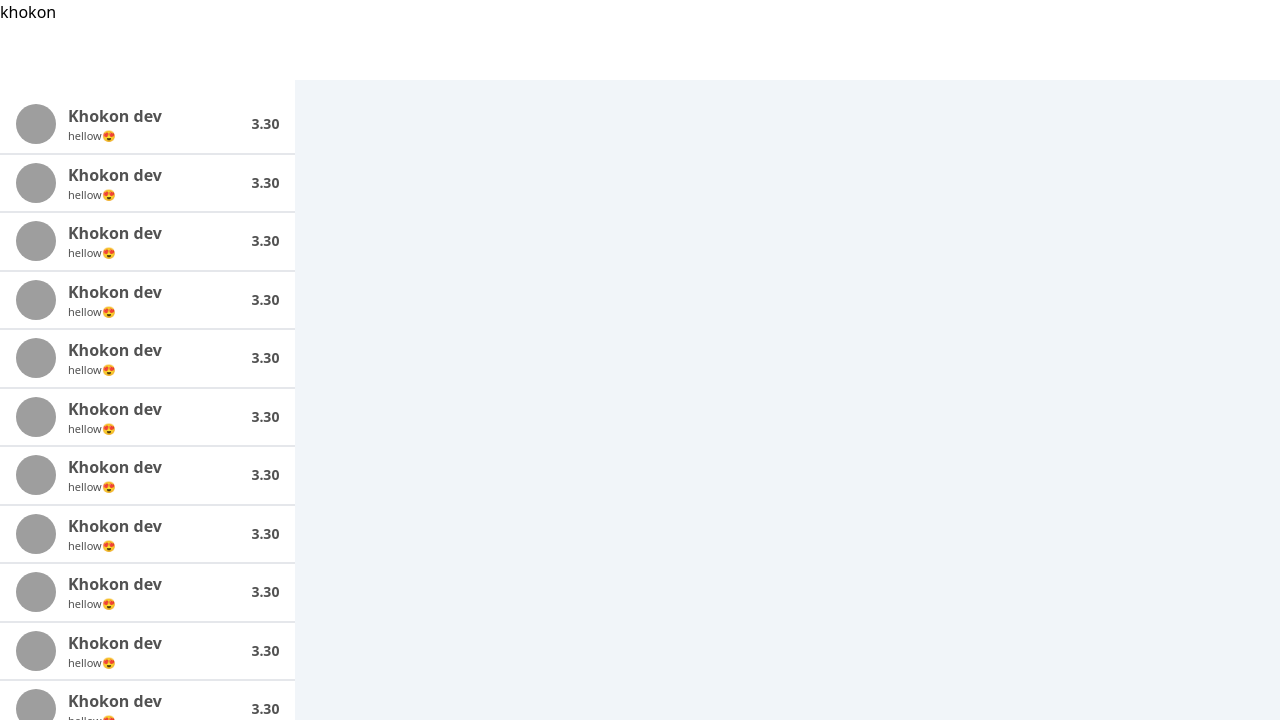
Repository: satya-ranjon/Instagram-clone-dev
Page: /inbox
An editor plug-in stored every save of this project. The page is shown before and after the next save, followed by the edit.
The browser window is 1280 px wide. The pictures show the whole page.
Pictures or frames that could not be fetched are drawn as grey boxes. The project was rebuilt for these pictures with package versions that can differ from the ones it lists, and the page was loaded fresh each time. Also part of the build but not shown: src/components/RightSideBar.jsx, src/components/Home/SinglePost.jsx, src/components/Home/PostList.jsx, src/components/Home/closeBtn.jsx, src/components/Home/newPostSectionOne.jsx, src/components/Home/NewPost.jsx, src/components/Home/Home.jsx, src/Assets/Logo.jsx and 8 more.

Above is the page before, as saved 2022-04-23 03:40:42.

### public/index.html
<!DOCTYPE html>
<html lang="en">
  <head>
    <meta charset="utf-8" />
    <link rel="icon" href="%PUBLIC_URL%/faveicon.png" />
    <meta name="viewport" content="width=device-width, initial-scale=1" />
    <meta name="theme-color" content="#000000" />
    <meta
      name="description"
      content="Web site created using create-react-app"
    />
    <link rel="apple-touch-icon" href="%PUBLIC_URL%/logo192.png" />
    <!--
      manifest.json provides metadata used when your web app is installed on a
      user's mobile device or desktop. See https://developers.google.com/web/fundamentals/web-app-manifest/
    -->
    <link rel="manifest" href="%PUBLIC_URL%/manifest.json" />
    <!--
      Notice the use of %PUBLIC_URL% in the tags above.
      It will be replaced with the URL of the `public` folder during the build.
      Only files inside the `public` folder can be referenced from the HTML.

      Unlike "/favicon.ico" or "favicon.ico", "%PUBLIC_URL%/favicon.ico" will
      work correctly both with client-side routing and a non-root public URL.
      Learn how to configure a non-root public URL by running `npm run build`.
    -->
    <title>React App</title>
  </head>
  <body>
    <noscript>You need to enable JavaScript to run this app.</noscript>
    <div id="root"></div>
    <!--
      This HTML file is a template.
      If you open it directly in the browser, you will see an empty page.

      You can add webfonts, meta tags, or analytics to this file.
      The build step will place the bundled scripts into the <body> tag.

      To begin the development, run `npm start` or `yarn start`.
      To create a production bundle, use `npm run build` or `yarn build`.
    -->
  </body>
</html>

### src/index.css
@import url("https://fonts.googleapis.com/css2?family=Kaushan+Script&display=swap");

@tailwind base;
@tailwind components;
@tailwind utilities;

@layer components {
  .grid___three {
    @apply grid grid-cols-1 sm:grid-cols-2 md:grid-cols-3 gap-2 lg:gap-4 transition-all duration-300 my-10 font-semibold mx-10  sm:mx-20 lg:mx-32 xl:mx-40;
  }
  .grid___two {
    @apply grid grid-cols-1 sm:grid-cols-2 gap-2 lg:gap-4  my-10 font-semibold mx-10 transition-all duration-300 sm:mx-20 lg:mx-32 xl:mx-40;
  }
  .grid___one {
    @apply grid grid-cols-1  gap-2 lg:gap-4  my-10 font-semibold mx-10 sm:mx-32 md:mx-44 transition-all duration-300 lg:mx-60 xl:mx-60;
  }
  .img__three {
    @apply bg-red-300 w-full h-[18rem] transition-all duration-300 sm:h-[14rem] xl:h-[18rem] 2xl:h-[28rem];
  }
  .img__two {
    @apply bg-red-300 w-full h-[18rem] transition-all duration-300 sm:h-[20rem] lg:h-[24rem] xl:h-[28rem] 2xl:h-[40rem];
  }
  .img__one {
    @apply bg-red-300 w-full h-[18rem] transition-all duration-300 sm:h-[20rem] lg:h-[32rem] xl:h-[40rem] 2xl:h-[52rem];
  }
}

body::-webkit-scrollbar {
  display: none;
}
.hide_scrollbar::-webkit-scrollbar {
  display: none;
  overflow: hidden;
}

#category {
  overflow: hidden;
}

.bground {
  background: radial-gradient(
    ellipse at 70% 70%,
    #ee583f 8%,
    #d92d77 42%,
    #bd3381 58%
  );
}

.new {
  position: absolute;
  top: 50%;
  right: 50%;
  transform: translate(-50%, -50%);
}

### src/App.js
import { Route, Routes } from "react-router-dom";
import HomeContainder from "./components/Home/HomeContainder";
import InboxContainer from "./components/Inbox/InboxContainer";

function App() {
  return (
    <Routes>
      <Route path="/" element={<HomeContainder />} />
      <Route path="/inbox" element={<InboxContainer />} />
    </Routes>
  );
}

export default App;

### src/components/Inbox/InboxContainer.jsx
import { Avatar, TextField } from "@mui/material";
import React from "react";
import MesseageBox from "./MesseageBox";
import SearchUsers from "./SearchUsers";
import UserList from "./UserList";

export default function InboxContainer() {
  return (
    <div>
      <div className=" flex justify-between">
        <div className=" h-screen w-96 lg:w-[50rem overflow-y-scroll scrollbar-thumb-neutral-400 scrollbar-thin">
          <div className=" fixed top-0 h-20 bg-white w-full z-10">khokon</div>
          <div className=" w-full pt-4 relative">
            <SearchUsers />
            <UserList />
            <UserList />
            <UserList />
            <UserList />
            <UserList />
            <UserList />
            <UserList />
            <UserList />
            <UserList />
            <UserList />
            <UserList />
            <UserList />
            <UserList />
            <UserList />
            <UserList />
            <UserList />
            <UserList />
            <UserList />
            <UserList />
            <UserList />
            <UserList />
            <UserList />
            <UserList />
            <UserList />
          </div>
        </div>

        <MesseageBox />
      </div>
    </div>
  );
}

### src/components/Inbox/MesseageBox.jsx
import React from "react";
import MesseageHader from "./MesseageHader";

export default function MesseageBox() {
  return (
    <div className=" h-screen w-full bg-slate-100">
      <MesseageHader />
    </div>
  );
}

### src/components/Inbox/SearchUsers.jsx
import { TextField } from "@mui/material";
import React from "react";

export default function SearchUsers() {
  return (
    <div className="p-4">
      <TextField
        className=" w-full "
        id="standard-basic"
        label="Search Users"
        variant="standard"
      />
    </div>
  );
}

### src/components/Inbox/UserList.jsx
import { Avatar } from "@mui/material";
import React from "react";

export default function UserList() {
  return (
    <div className="flex py-2 px-4 cursor-pointer transition-all duration-300 hover:bg-neutral-100 justify-between text-neutral-600 border-b-2">
      <div className=" my-auto flex space-x-3">
        <Avatar
          alt="Remy Sharp"
          src="https://img.freepik.com/free-photo/portrait-guy-with-colorful-neon-light-blue-studio-background-male-model-with-calm-serious-mood_155003-36962.jpg?t=st=1650662885~exp=1650663485~hmac=7fed3c0063e691a8f39a65e7b480038fb41dd291ed7ee95f9053a12587457cbc&w=900"
          className=" cursor-pointer"
        />
        <div className="">
          <p className=" font-semibold text-md ">Khokon dev</p>
          <p className=" text-[11px]">hellow😍</p>
        </div>
      </div>
      <p className="font-semibold text-sm my-auto">3.30</p>
    </div>
  );
}

### src/components/Inbox/MesseageHader.jsx
import React from "react";
import { Avatar } from "@mui/material";
import { BiInfoCircle } from "react-icons/bi";

export default function MesseageHader() {
  return (
    <div className=" flex justify-between p-4">
      <Avatar
        alt="Remy Sharp"
        src="/static/images/avatar/1.jpg"
        className=" cursor-pointer"
      />
      <BiInfoCircle className=" text-neutral-400 text-3xl cursor-pointer transition-all duration-300 hover:text-neutral-600" />
    </div>
  );
}

### tailwind.config.js
module.exports = {
  content: ["./src/**/*.{js,jsx,ts,tsx}"],
  theme: {
    extend: {
      screens: {
        "3sm": "380px",
        "2sm": "480px",
        "4sm": "640px",
        "2lg": "1160px",
      },
    },
  },
  plugins: [require("tailwind-scrollbar")],
};

Loaded but not shown: src/index.js (common file)

After the next save:
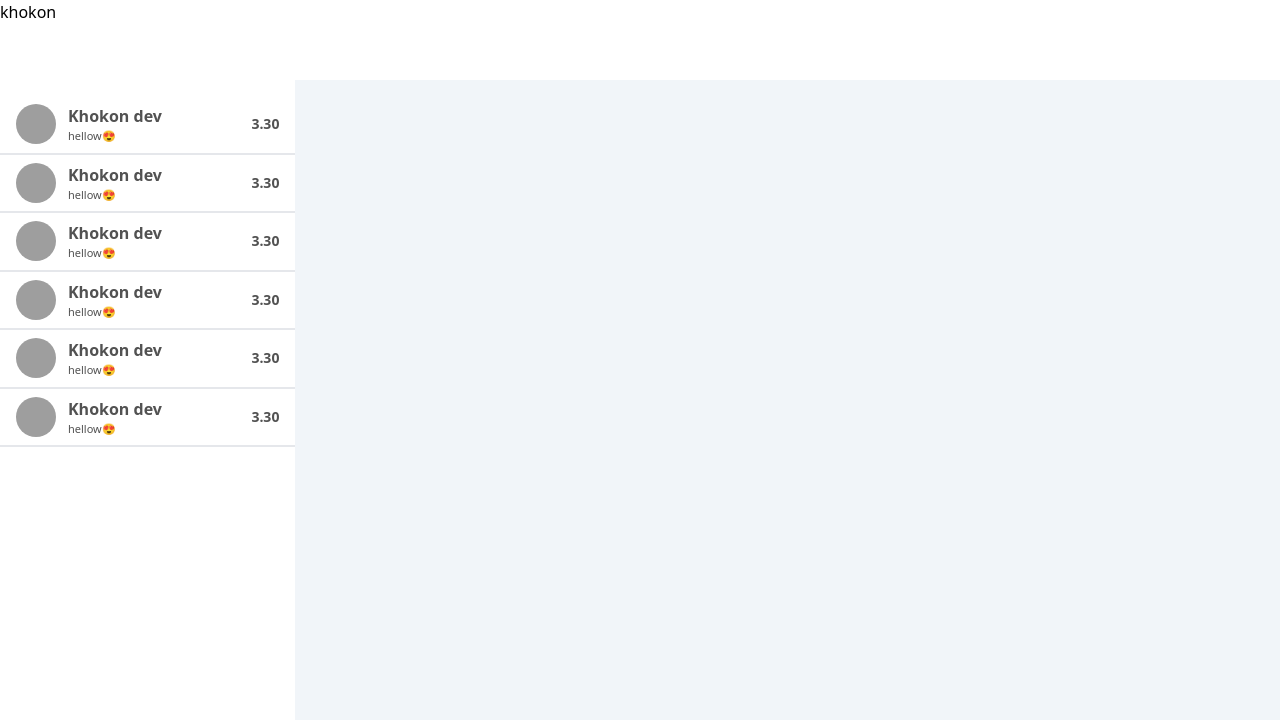
Saved 42 s later.
--- a/src/components/Inbox/InboxContainer.jsx
+++ b/src/components/Inbox/InboxContainer.jsx
@@ -18,24 +18,6 @@
             <UserList />
             <UserList />
             <UserList />
-            <UserList />
-            <UserList />
-            <UserList />
-            <UserList />
-            <UserList />
-            <UserList />
-            <UserList />
-            <UserList />
-            <UserList />
-            <UserList />
-            <UserList />
-            <UserList />
-            <UserList />
-            <UserList />
-            <UserList />
-            <UserList />
-            <UserList />
-            <UserList />
           </div>
         </div>
 
